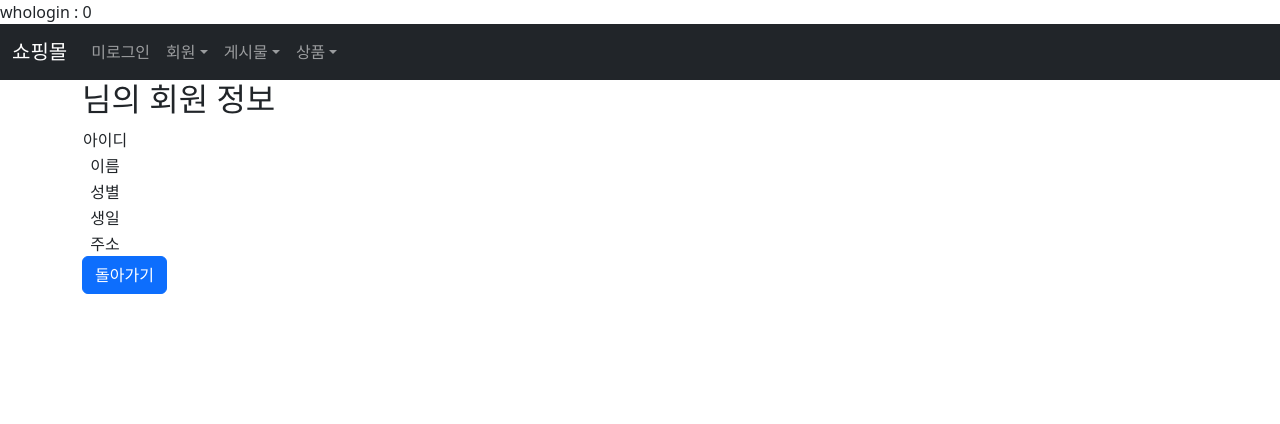
Repository: Sain-Clair/Team5
Page: http://localhost/Student/member/meDetail.jsp
These files come from the project's save history. The page is drawn as it stood at one moment and after the next save; the edit follows.
The browser window is 1280 px wide. The pictures show the whole page.
The page is served by Tomcat 9. Other server files are loaded and not shown. The template is opened directly, without the code that normally fills it, so the values that code supplies are empty.

Above is the page before, as saved 2023-09-05 05:59:08.

### Student/src/main/webapp/member/meDetail.jsp
<%@ page language="java" contentType="text/html; charset=UTF-8"
    pageEncoding="UTF-8"%>
<%@ include file="./../common/common.jsp" %>
<%@ include file="./../common/bootstrap5.jsp" %>
<!DOCTYPE html>
<html>
<head>
	<meta charset="UTF-8">
	<title>Insert title here</title>
	<style type="text/css">
		#backButton {
		margin: auto;
		}
	</style>
</head>
<body>
	<div class = "container">
		<h2>${requestScope.bean.name}님의 회원 정보</h2>
		<table>
			<thead></thead>
			<tbody>
				<tr>
					<td align="center">아이디</td>
					<td>${requestScope.bean.id}
					</td>
				</tr>
				<tr>
					<td align="center">이름</td>
					<td>${requestScope.bean.name}
					</td>
				</tr>
				<tr>
					<td align="center">성별</td>
					<td>${requestScope.bean.gender}
					</td>
				</tr>
				<tr>
					<td align="center">생일</td>
					<td>${requestScope.bean.birth}
					</td>
				</tr>
				<tr>
					<td align="center">주소</td>
					<td>${bean.address}
					</td>
				</tr>
			</tbody>
		</table>
		<div id="backButton">
			<button type="button" class="btn btn-primary" onclick="history.back();">
				돌아가기
			</button>

		</div>
	</div>
</body>
</html>

### Student/src/main/webapp/common/common.jsp
<%@page import="com.shopping.model.bean.Member"%>
<%@ page language="java" contentType="text/html; charset=UTF-8"
	pageEncoding="UTF-8"%>

<%
	// appName : 애플리케이션 이름(프로젝트 이름_Student)
	String appName = request.getContextPath();
	// in FrontController.java file
	String mappingName = "/Shopping";

	// form 태그에서 사용할 변수
	String withFormTag = appName + mappingName;

	// form 태그가 아닌 영역에서 사용할 변수 <a>
	String notWithFormTag = appName + mappingName +"?command=";

	/* out.print("프로젝트 이름 : " + appName + "<br/>") ;
	out.print("mappingName:" + mappingName +"<br/>");
	out.print("withFormTag:" + withFormTag +"<br/>");
	out.print("notWithFormTag:" + notWithFormTag +"<br/>"); */
%>

<%@page import="java.util.*"%>

<%-- jstl을 위한 태그 라이브러리 선언 --%>
<%@ taglib prefix="c" uri="http://java.sun.com/jsp/jstl/core" %>
<%@ taglib prefix="fn" uri="http://java.sun.com/jsp/jstl/functions" %>

<%-- include file="bootstrap5.jsp" --%>
<%
	// 이 코드들은 차후 삭제 예정
	/*Member mem = new Member() ;
	mem.setId("hong") ; // admin  hong
	mem.setName("홍길동") ; // 관리자  홍길동
	session.setAttribute("loginfo", mem);
	session.setAttribute("loginfo", null); // 미로그인

	// 경고성 Alert Box
	session.setAttribute("alertMessage", "아이디/비번 정보를 잘못 입력하셨습니다.");
	session.setAttribute("alertMessage", null);*/
%>

<!-- whologin 변수는 현재 로그인 상태를 알려 주는 변수입니다. -->
<!-- 미로그인(0) 일반 사용자(1) 관리자(2) -->
<c:set var="whologin" value="0"/>
<c:if test="${not empty sessionScope.loginfo}">
	<c:if test="${sessionScope.loginfo.id == 'admin'}">
		<c:set var="whologin" value="2"/>
	</c:if>
	<c:if test="${sessionScope.loginfo.id != 'admin'}">
		<c:set var="whologin" value="1"/>
	</c:if>
</c:if>
whologin : ${whologin}


<!DOCTYPE html>
<html>
<head>
	<meta charset="UTF-8">
	<title>Insert title here</title>
	<!-- 이 파일은 모든 문서에서 공용으로 참조할 파일입니다.  -->
	<!-- 자바 관련 변수 및 패키지 임포트, 네비게이션 바, jstl 등등 -->
	<!-- for sweet alert -->
	<script src="${pageContext.request.contextPath}/js/sweetalert.js"></script>
	<style>
		.alert-dismissible{margin: 10px;}
	</style>
</head>
<body>
	<nav class="navbar navbar-expand-sm bg-dark navbar-dark">
		<div class="container-fluid">
			<a class="navbar-brand" href="#">쇼핑몰</a>
			<button class="navbar-toggler" type="button"
				data-bs-toggle="collapse" data-bs-target="#collapsibleNavbar">
				<span class="navbar-toggler-icon"></span>
			</button>
			<div class="collapse navbar-collapse" id="collapsibleNavbar">
				<ul class="navbar-nav">
					<li class="nav-item">
						<c:if test="${whologin eq 0}">
							<a class="nav-link" href="#">미로그인</a>
						</c:if>
						<c:if test="${whologin ne 0}">
							<a class="nav-link" href="#">${sessionScope.loginfo.name}님</a>
						</c:if>
					</li>

					<!-- member section -->
					<li class="nav-item dropdown">
						<a class="nav-link dropdown-toggle" href="#" role="button"
							data-bs-toggle="dropdown">회원</a>
						<ul class="dropdown-menu">
							<c:if test="${whologin eq 0}"><!-- href 띄어쓰기 x -->
								<li><a class="dropdown-item" href="<%=notWithFormTag%>meInsert">회원 가입</a></li>
								<li><a class="dropdown-item" href="<%=notWithFormTag%>meLogin">로그인</a></li>
							</c:if>
							<c:if test="${whologin ne 0}">
								<li><a class="dropdown-item" href="#">정보 수정</a></li>
								<li><a class="dropdown-item" href="<%=notWithFormTag%>meLogout">로그아웃</a></li>
								<li><a class="dropdown-item" href="<%=notWithFormTag%>meDetail&id=${sessionScope.loginfo.id}">상세보기</a></li>
								<li><a class="dropdown-item" href="#">탈퇴하기</a></li>
							</c:if>
							<c:if test="${whologin eq 2}">
								<li><a class="dropdown-item" href="<%=notWithFormTag%>meList">목록 보기</a></li>
							</c:if>
						</ul>
					</li>

					<!-- board section -->
					<li class="nav-item dropdown">
						<a class="nav-link dropdown-toggle" href="#" role="button"
							data-bs-toggle="dropdown">게시물</a>
						<ul class="dropdown-menu">
							<c:if test="${whologin ne 0}">
								<li><a class="dropdown-item" href="<%=notWithFormTag%>boInsert">게시물 등록</a></li>
							</c:if>
							<li><a class="dropdown-item" href="<%=notWithFormTag%>boList">목록 보기</a></li>
						</ul>
					</li>
					<!-- product section -->
					<li class="nav-item dropdown">
						<a class="nav-link dropdown-toggle" href="#" role="button"
							data-bs-toggle="dropdown">상품</a>
						<ul class="dropdown-menu">
							<c:if test="${whologin eq 2}">
								<li><a class="dropdown-item" href="<%=notWithFormTag%>prInsert">상품 등록</a></li>
							</c:if>
							<li><a class="dropdown-item" href="<%=notWithFormTag%>prList">목록 보기</a></li>
						</ul>
					</li>

				</ul>
			</div>
		</div>
	</nav>

	<c:if test="${not empty sessionScope.alertMessage}">
		<%-- 사용자에게 주의/경고/오류 등을 알려 주기 위한 Alert Box --%>
		<div class="alert alert-danger alert-dismissible">
	    	<button type="button" class="btn-close" data-bs-dismiss="alert"></button>
	    	<strong>😂😒😂😒😂😒😂😒😂😒😂😒😂😒😂😒😂😒</strong> ${sessionScope.alertMessage}
	  	</div>
	</c:if>
	<%-- 보여준 Alert Box를 session 영역에서 제거합니다. --%>
	<c:remove var="alertMessage" scope="session"/>
</body>
</html>

### Student/src/main/webapp/common/bootstrap5.jsp
<%@ page language="java" contentType="text/html; charset=UTF-8"
    pageEncoding="UTF-8"%>
<!DOCTYPE html>
<html>
<head>
	<meta charset="UTF-8">
	<meta name="viewport" content="width=device-width, initial-scale=1">
	<title>Insert title here</title>
	<!-- 이 파일은 부트 스트랩5를 사용하기 위한 공용 파일입니다. -->
	<!-- 부트 스트랩이 제이 쿼리를 참조하므로 반드시 jquery.js 선언이 먼저 되어야 합니다. -->
	<script type="text/javascript" src="${pageContext.request.contextPath}/js/jquery.js"></script>
	<script type="text/javascript" src="${pageContext.request.contextPath}/js/bootstrap.min.js"></script>
	<link rel="stylesheet" href="${pageContext.request.contextPath}/css/bootstrap.min.css">

	<link rel="stylesheet" href="${pageContext.request.contextPath}/css/jquery-ui.css">
  	<script type="text/javascript" src="${pageContext.request.contextPath}/js/jquery-ui.js"></script>
</head>
<body>

</body>
</html>

Loaded but not shown: Student/src/main/webapp/js/sweetalert.js (library); Student/src/main/webapp/js/jquery.js (library); Student/src/main/webapp/js/bootstrap.min.js (library); Student/src/main/webapp/css/bootstrap.min.css (library); Student/src/main/webapp/css/jquery-ui.css (library); Student/src/main/webapp/js/jquery-ui.js (library)

After the next save:
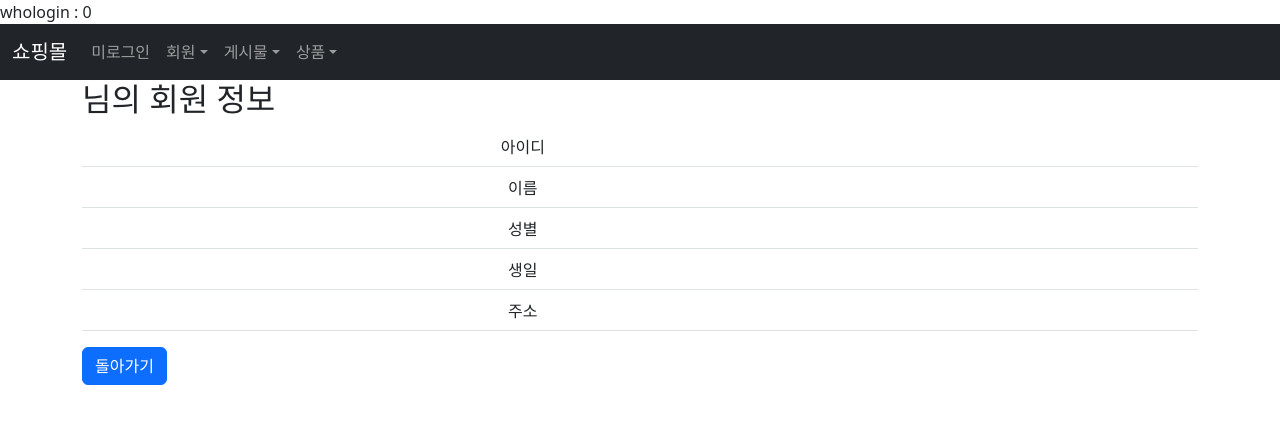
Saved 26 s later.
--- a/Student/src/main/webapp/member/meDetail.jsp
+++ b/Student/src/main/webapp/member/meDetail.jsp
@@ -16,7 +16,7 @@
 <body>
 	<div class = "container">
 		<h2>${requestScope.bean.name}님의 회원 정보</h2>
-		<table>
+		<table class="table">
 			<thead></thead>
 			<tbody>
 				<tr>
